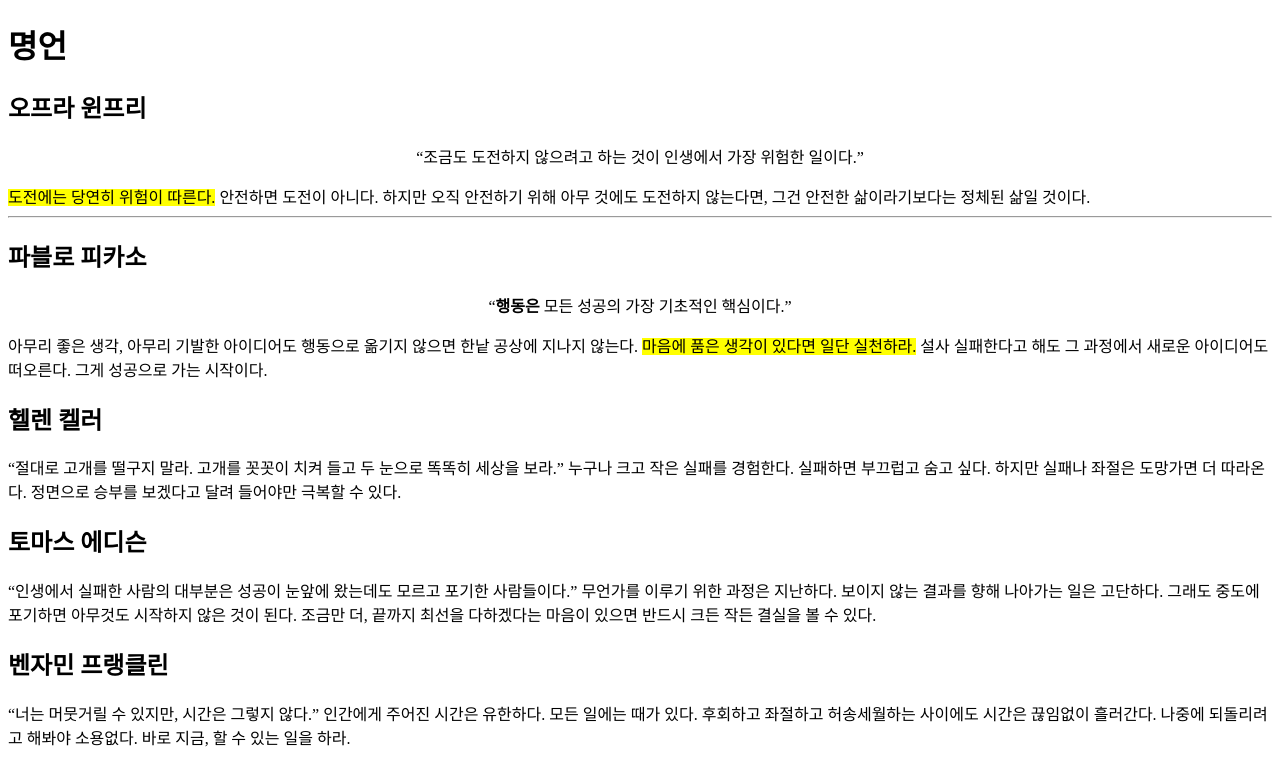
Repository: sinsujung/client
Page: ClientTest/src/main/webapp/문제/ex06.html
These files come from the project's save history. The page is drawn as it stood at one moment and after the next save; the edit follows.
The browser window is 1280 px wide. The pictures show the whole page.

Above is the page before, as saved 2023-09-20 08:40:44.

### ClientTest/src/main/webapp/문제/ex06.html
<!DOCTYPE html>
<html>
<head>
<meta charset="UTF-8">
<title>Insert title here</title>
</head>
<body>
<h1>명언</h1>
<h2>오프라 윈프리</h2>
<p align = "center">“조금도 도전하지 않으려고 하는 것이 인생에서 가장 위험한 일이다.”</p>
<font style="background-color: yellow;">도전에는 당연히 위험이 따른다.</font> 안전하면 도전이 아니다. 하지만 오직 안전하기 위해 아무 것에도 도전하지 않는다면, 그건 안전한 삶이라기보다는 정체된 삶일 것이다.
<hr>
<h2>파블로 피카소</h2>
<p align = "center">“<strong>행동은</strong> 모든 성공의 가장 기초적인 핵심이다.”</p>
아무리 좋은 생각, 아무리 기발한 아이디어도 행동으로 옮기지 않으면 한낱 공상에 지나지 않는다. <font style="background-color: yellow;">마음에 품은 생각이 있다면 일단 실천하라.</font> 설사 실패한다고 해도 그 과정에서 새로운 아이디어도 떠오른다. 그게 성공으로 가는 시작이다.

<h2>헬렌 켈러</h2>
“절대로 고개를 떨구지 말라. 고개를 꼿꼿이 치켜 들고 두 눈으로 똑똑히 세상을 보라.”
누구나 크고 작은 실패를 경험한다. 실패하면 부끄럽고 숨고 싶다. 하지만 실패나 좌절은 도망가면 더 따라온다. 정면으로 승부를 보겠다고 달려 들어야만 극복할 수 있다.

<h2>토마스 에디슨</h2>
“인생에서 실패한 사람의 대부분은 성공이 눈앞에 왔는데도 모르고 포기한 사람들이다.”
무언가를 이루기 위한 과정은 지난하다. 보이지 않는 결과를 향해 나아가는 일은 고단하다. 그래도 중도에 포기하면 아무것도 시작하지 않은 것이 된다. 조금만 더, 끝까지 최선을 다하겠다는 마음이 있으면 반드시 크든 작든 결실을 볼 수 있다.

<h2>벤자민 프랭클린</h2>
“너는 머뭇거릴 수 있지만, 시간은 그렇지 않다.”
인간에게 주어진 시간은 유한하다. 모든 일에는 때가 있다. 후회하고 좌절하고 허송세월하는 사이에도 시간은 끊임없이 흘러간다. 나중에 되돌리려고 해봐야 소용없다. 바로 지금, 할 수 있는 일을 하라.
</body>
</html>

After the next save:
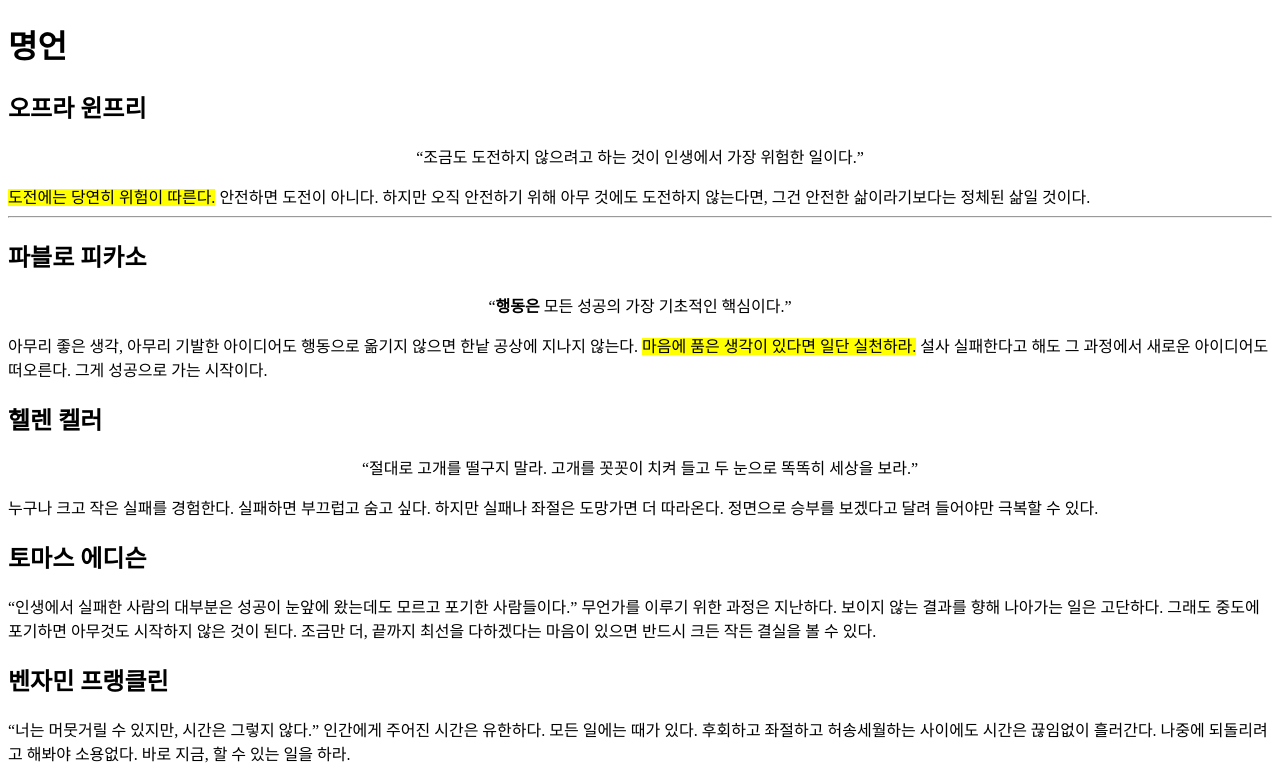
Saved 38 s later.
--- a/ClientTest/src/main/webapp/문제/ex06.html
+++ b/ClientTest/src/main/webapp/문제/ex06.html
@@ -15,7 +15,7 @@
 아무리 좋은 생각, 아무리 기발한 아이디어도 행동으로 옮기지 않으면 한낱 공상에 지나지 않는다. <font style="background-color: yellow;">마음에 품은 생각이 있다면 일단 실천하라.</font> 설사 실패한다고 해도 그 과정에서 새로운 아이디어도 떠오른다. 그게 성공으로 가는 시작이다.
 
 <h2>헬렌 켈러</h2>
-“절대로 고개를 떨구지 말라. 고개를 꼿꼿이 치켜 들고 두 눈으로 똑똑히 세상을 보라.”
+<p align = "center">“절대로 고개를 떨구지 말라. 고개를 꼿꼿이 치켜 들고 두 눈으로 똑똑히 세상을 보라.”</p>
 누구나 크고 작은 실패를 경험한다. 실패하면 부끄럽고 숨고 싶다. 하지만 실패나 좌절은 도망가면 더 따라온다. 정면으로 승부를 보겠다고 달려 들어야만 극복할 수 있다.
 
 <h2>토마스 에디슨</h2>
